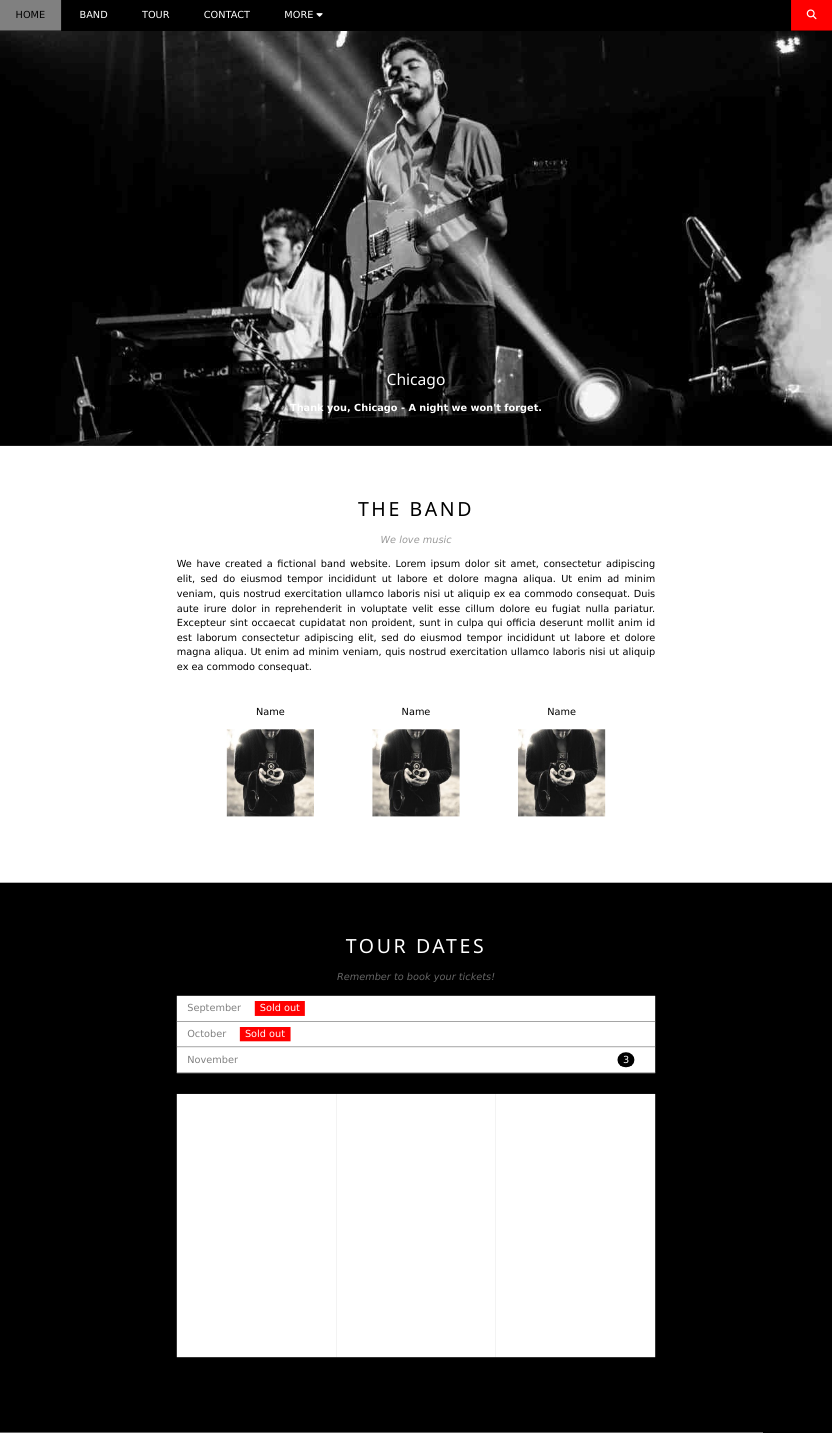
Repository: ngotranphuongbao/theband
Page: index.html
These files come from the project's save history. The page is drawn as it stood at one moment and after the next save; the edit follows.
The browser window is 1280 px wide. The pictures show the whole page, at 65% of full size.
Some web libraries are served in a nearby version.

Above is the page before, as saved 2022-12-21 23:56:19.

### index.html
<!DOCTYPE html>
<html lang="en">
<head>
    <meta charset="UTF-8">
    <meta http-equiv="X-UA-Compatible" content="IE=edge">
    <meta name="viewport" content="width=device-width, initial-scale=1.0">
    <title>Document</title>
    <link rel="stylesheet" href="./assets/css/style.css">
    <script src="https://kit.fontawesome.com/55a0c61423.js" crossorigin="anonymous"></script>
    <link rel="stylesheet" href="./assets/themify-icons/themify-icons.css">
    <link rel="stylesheet" href="https://www.w3schools.com/w3css/4/w3.css">
</head>
<body>
    <div id="main">
        <div id="header">
            <ul id="nav">
                <li><a href="">Home</a></li>
                <li><a href="">Band</a></li>
                <li><a href="">Tour</a></li>
                <li><a href="">Contact</a></li>
                <li>
                    <a href="">
                        More
                        <i class="fa fa-caret-down"></i>
                    </a>
                    <ul id="subnav">
                        <li><a href="">Merchandise</a></li>
                        <li><a href="">Extras</a></li>
                        <li><a href="">Media</a></li>
                    </ul>
                </li>
            </ul>
            <div id="search">
                <i class="fa fa-search"></i>
            </div>
        </div>

        <div id="slider">
            <div id="slider-caption">
                <h3>Chicago</h3>
                <p><b>Thank you, Chicago - A night we won't forget.</b></p>
            </div>

        </div>

        <div id="content">
            <div id="the-band">
                <div id="the-band-main">
                    <h2 class="content-title">The Band</h2>
                    <p class="content-subtitle">We love music</p>
                    <p id="describe">We have created a fictional band website. Lorem ipsum dolor sit amet, consectetur adipiscing elit, sed do eiusmod tempor incididunt ut labore et dolore magna aliqua. Ut enim ad minim veniam, quis nostrud exercitation ullamco laboris nisi ut aliquip ex ea commodo consequat. Duis aute irure dolor in reprehenderit in voluptate velit esse cillum dolore eu fugiat nulla pariatur. Excepteur sint occaecat cupidatat non proident, sunt in culpa qui officia deserunt mollit anim id est laborum consectetur adipiscing elit, sed do eiusmod tempor incididunt ut labore et dolore magna aliqua. Ut enim ad minim veniam, quis nostrud exercitation ullamco laboris nisi ut aliquip ex ea commodo consequat.</p>
                    <div id="member">
                        <div class="member-info">
                            <p class="member-name">Name</p>
                            <img src="/assets/image/member/bandmember.jpg" alt="" class="member-photo">
                        </div>

                        <div class="member-info">
                            <p class="member-name">Name</p>
                            <img src="/assets/image/member/bandmember.jpg" alt="" class="member-photo">
                        </div>

                        <div class="member-info">
                            <p class="member-name">Name</p>
                            <img src="/assets/image/member/bandmember.jpg" alt="" class="member-photo">
                        </div>
                    </div>
                </div>
            </div>

            <div id="tour-dates">
                <div id="tour-dates-main">
                    <h2 class="content-title">Tour dates</h2>
                    <p class="content-subtitle">Remember to book your tickets!</p>
                    <ul id="booking">
                        <li>
                            September
                            <div class="sold-out">Sold out</div>
                        </li>
                        <li>
                            October
                            <div class="sold-out">Sold out</div>
                        </li>
                        <li>
                            November
                            <span class="w3-badge">3</span>
                        </li>
                    </ul>
                    <div id="location">
                        <div class="location-info">

                        </div>

                        <div class="location-info">

                        </div>

                        <div class="location-info">

                        </div>
                    </div>
                </div>


            </div>

            <div id="contact">



            </div>

            <div id="picture">

            </div>

        </div>

        <div id="footer">

        </div>
    </div>

</body>
</html>

### assets/css/style.css
* {
    padding: 0px;
    margin: 0px;
    box-sizing: border-box;
}

html {
    font-family: Arial, Helvetica, sans-serif;
}

#main {

}

#header {
    height: 46.5px;
    background-color: black;
    position: fixed;
    top: 0px;
    left: 0px;
    right: 0px;
    z-index: 1;
}

#nav {
    display: inline-block;
}
#nav > li {
    display: inline-block;
    padding: 12px 24px;
    position: relative;
}

#nav > li > a {
    line-height: 22.5px;
    text-decoration: none;
    text-transform: uppercase;
    color: white;
}

#nav > li:hover {
    background-color: grey;
}

#nav > li:hover > a {
    color: black;
}

#subnav {
    display: none;
    position: absolute;
    top: 45px;
    left: 0px;
    box-shadow: 0px 0px 10px rgba(0, 0, 0, 0.3);
    background-color: white;
}

#subnav > li {
    display: block;
    width: 160px;
    height: 38.5px;
    padding: 8px 16px;
}

#subnav > li:hover {
    background-color: grey;
}

#nav > li:hover > #subnav {
    display: block;
}

#subnav > li > a {
    text-decoration: none;
    color: black;
}

.fa-caret-down {
    width: 8.575px;
    height: 15px;
}

#search {
    float: right;
    padding: 12px 24px;
    background-color: red;
    cursor: pointer;
}

.fa-search {
    line-height: 22.5px;
    color: white;
}
#slider {
    margin-top: 45.6px;
    padding-top: 50%;
    background: url(/assets/image/slider/chicago.jpg) top center / cover no-repeat;
    position: relative;
}

#slider-caption {
    position: absolute;
    bottom: 32px;
    width: 100%;
    text-align: center;
}

#slider-caption > p {
    margin: 15px;
    color: white;
}

#slider-caption > h3 {
    margin-bottom: 10px;
    color: white;
    font-weight: 400;
    font-size: 24px;
}


#content {

}

#the-band {
    height: 672px;
}

#the-band-main {
    width: 768px;
    height: 100%;
    padding: 64px 16px;
    margin: auto;
}

.content-title {
    text-align: center;
    margin: 10px;
    text-transform: uppercase;
    letter-spacing: 4px;
    font-weight: 400;
}

.content-subtitle {
    text-align: center;
    margin: 15px;
    font-style: italic;
    opacity: 0.4;
}

#describe {
    text-align: justify;
    margin-bottom: 15px;

}

#member {
    height: 286px;
    text-align: center;
    margin: 32px;
}

.member-info {
    display: inline-block;
    width: calc(100%/3);
    float: left;
}

.member-photo {
    width: 60%;
    margin-bottom: 16px;
}

.member-name {
    margin: 15px;
}

#tour-dates {
    height: 846px;
    background-color: black;
}

#tour-dates-main {
    width: 768px;
    height: 100%;
    color: white;
    margin: auto;
    padding: 64px 16px;
}

#booking {
    margin-top: 18.4px;
    background-color: white;

}

#booking > li {
    display: block;
    color: grey;
    padding: 8px 16px;
    border-bottom: 1px solid #757575;
}

.sold-out {
    margin-left: 16px;
    padding: 0px 8px;
    background-color: red;
    display: inline-block;
    color: white;
}

.w3-badge {
    float: right;
    margin-right: 16px;
}

#location {
    height: 469px;
    padding: 32px 0px;
}

.location-info {
    display: inline-block;
    float: left;
    width: calc(100% / 3);
    height: 100%;
    background-color: white;
}
#footer {

}

Loaded but not shown: assets/themify-icons/themify-icons.css (common file)

After the next save:
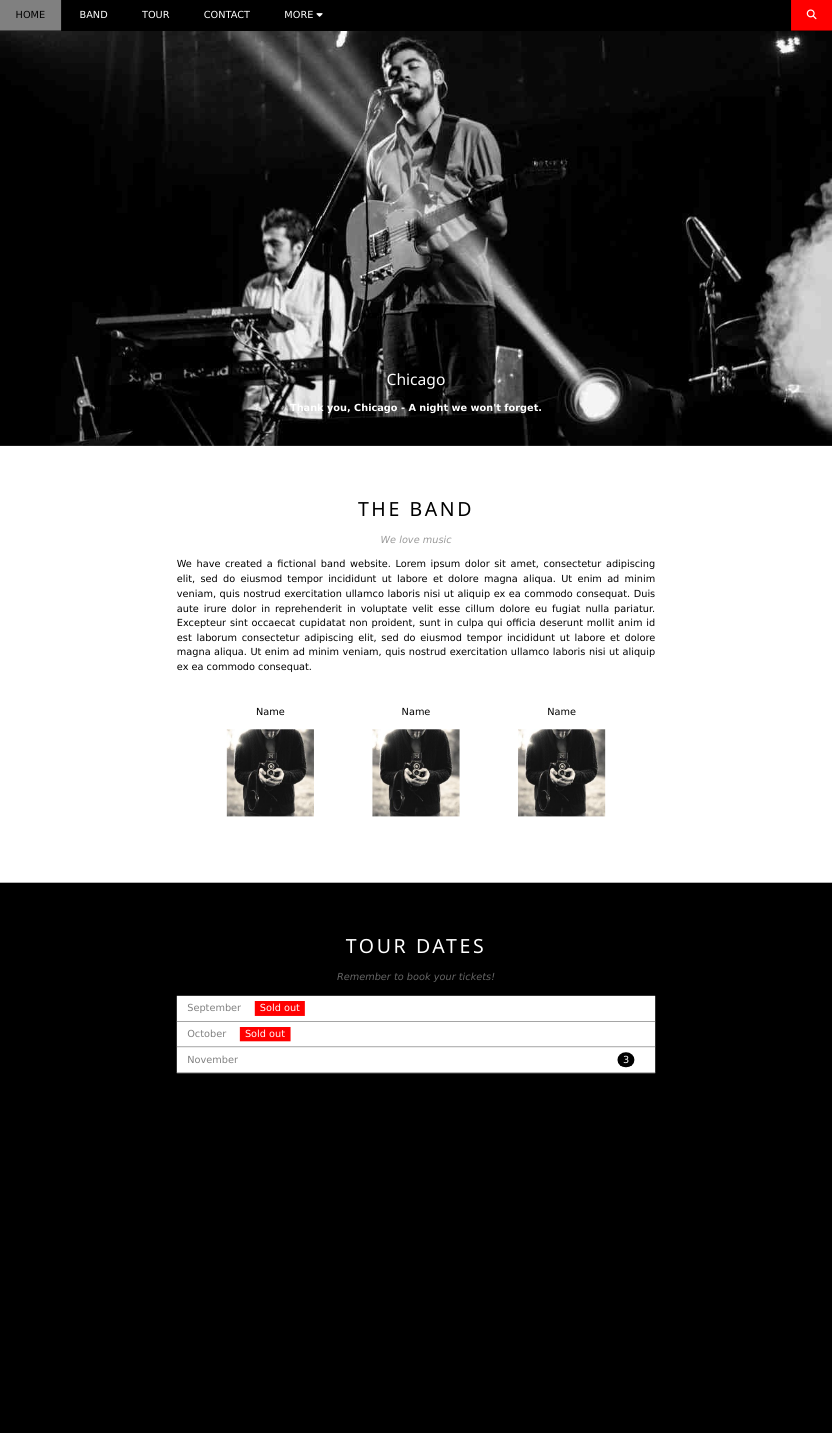
Saved 2 min 46 s later.
--- a/assets/css/style.css
+++ b/assets/css/style.css
@@ -222,7 +222,7 @@ html {
 .location-info {
     display: inline-block;
     float: left;
-    width: calc(100% / 3);
+    width: calc((100% - 32) / 3);
     height: 100%;
     background-color: white;
 }

After the save that followed:
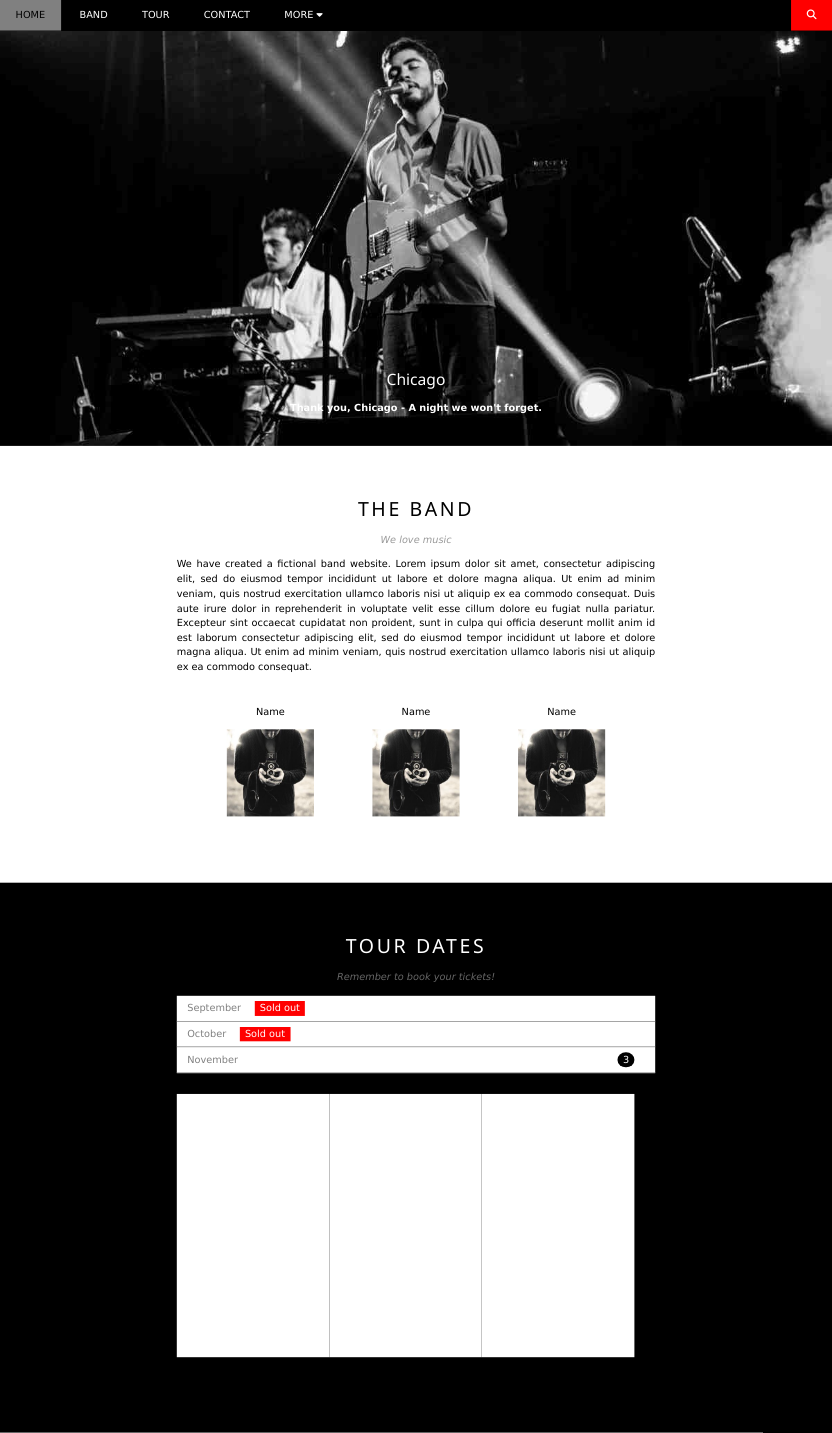
Saved 16 s later.
--- a/assets/css/style.css
+++ b/assets/css/style.css
@@ -222,7 +222,7 @@ html {
 .location-info {
     display: inline-block;
     float: left;
-    width: calc((100% - 32) / 3);
+    width: calc((100% - 32px) / 3);
     height: 100%;
     background-color: white;
 }
